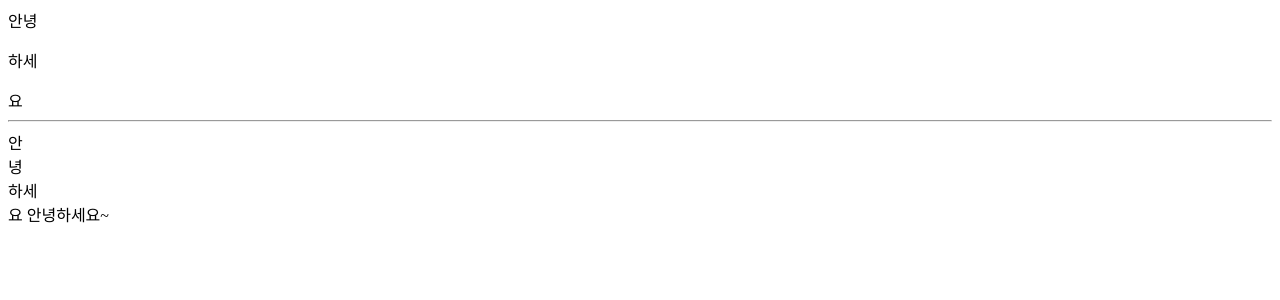
Repository: sjh86/html-day01
Page: html/day01.html
The author's editor kept a copy of each file at every save. The page is drawn from the files as they stood at one save, then again after the next save.
The browser window is 1280 px wide. The pictures show the whole page.

Above is the page before, as saved 2021-10-04 04:52:43.

After the next save:
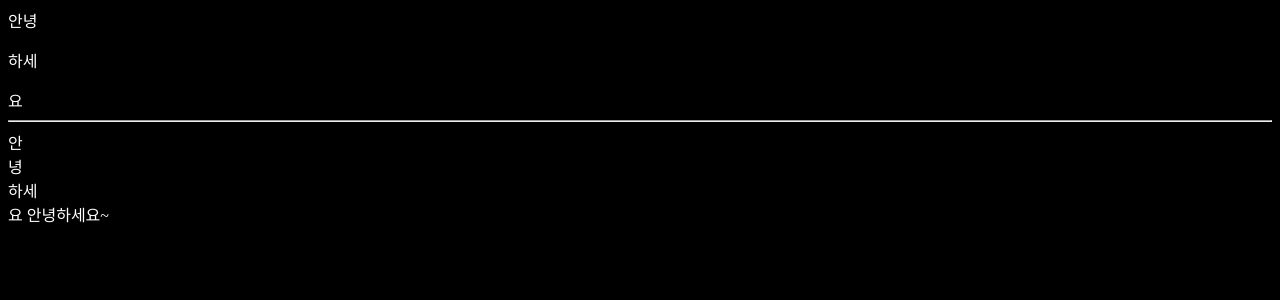
Saved 2 min 56 s later.
--- a/html/day01.html
+++ b/html/day01.html
@@ -4,7 +4,7 @@
 <meta charset="EUC-KR">
 <title>Insert title here</title>
 </head>
-<body>
+<body text="white" bgcolor="black">
 
 안녕
 <p>하세</p>
